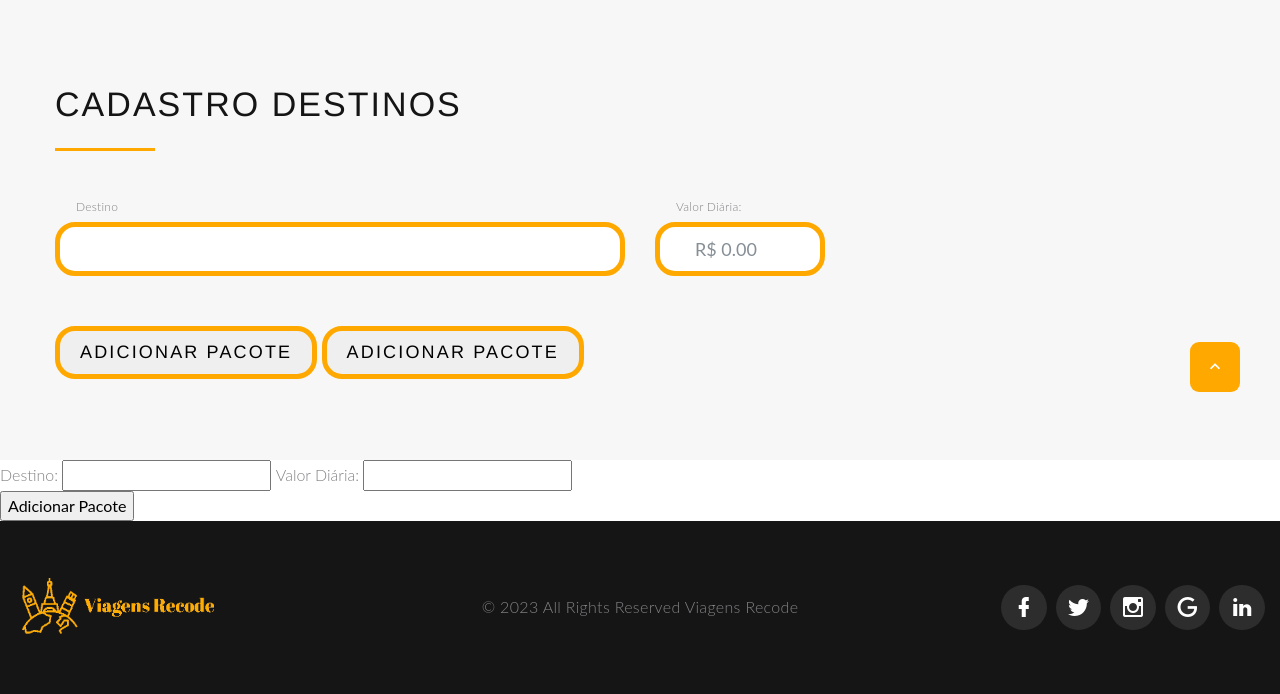
Repository: LiraS23/RecodePro2023-Modulo-4
Page: java/Modulo4/src/main/webapp/destinos.html
The author's editor kept a copy of each file at every save. The page is drawn from the files as they stood at one save, then again after the next save.
The browser window is 1280 px wide. The pictures show the part of the page from y = 388 to 1082 px (the page is 1082 px tall).
Some web fonts or font styles are not loaded; a fallback is used.

Above is the page before, as saved 2023-10-28 16:28:50.

### java/Modulo4/src/main/webapp/destinos.html
<!DOCTYPE html>
<html lang="pt-br">

<head>
	<meta charset="UTF-8">
	<meta name="viewport" content="width=device-width, initial-scale=1.0">
	<title>Destinos</title>
	<link rel="icon" href="assets/images/favicon.ico" type="image/x-icon">
	<!-- Stylesheets -->
	<link rel="stylesheet" type="text/css"
		href="assets/fonts.googleapis.com/css?family=Oswald:200,400%7CLato:300,400,300italic,700%7CMontserrat:900">
	<link rel="stylesheet" href="assets/css/bootstrap.css">
	<link rel="stylesheet" href="assets/css/style.css">
	<link rel="stylesheet" href="assets/css/fonts.css">
</head>

<body>
	<div class="page">
		<header class="section page-header breadcrumbs-custom-wrap bg-gradient bg-secondary-2 novi-background bg-cover">
			<!-- RD Navbar-->
			<div class="rd-navbar-wrap rd-navbar-default">
				<nav class="rd-navbar rd-navbar-expand-lg rd-navbar-light custom-navbar" style="z-index: 1000;"
					data-layout="rd-navbar-fixed" data-sm-layout="rd-navbar-fixed" data-md-layout="rd-navbar-fixed"
					data-md-device-layout="rd-navbar-fixed" data-lg-layout="rd-navbar-fullwidth"
					data-xl-layout="rd-navbar-static" data-lg-device-layout="rd-navbar-fixed"
					data-xl-device-layout="rd-navbar-static" data-md-stick-up-offset="2px" data-lg-stick-up-offset="2px"
					data-stick-up="true" data-sm-stick-up="true" data-md-stick-up="true" data-lg-stick-up="true"
					data-xl-stick-up="true">
					<div class="rd-navbar-inner">
						<!-- RD Navbar Panel-->
						<div class="rd-navbar-panel">
							<!-- RD Navbar Toggle-->
							<button class="rd-navbar-toggle"
								data-rd-navbar-toggle=".rd-navbar-nav-wrap"><span></span></button>
							<!-- RD Navbar Brand-->
							<div class="rd-navbar-brand"><a class="brand-name" href="index.html"><img
										class="logo-default" src="assets/images/logo-default-208x46.png" alt=""
										width="208" height="46" /><img class="logo-inverse"
										src="assets/images/logo-inverse-208x46.png" alt="" width="208"
										height="46" /></a></div>
						</div>
						<div class="rd-navbar-aside-right">
							<div class="rd-navbar-nav-wrap">
								<!-- RD Navbar Nav-->
								<ul class="rd-navbar-nav">
									<li><a href="index.html">Home</a>
									</li>
									<li class="active"><a href="destinos.html">Destinos</a>
									</li>
									<li><a href="promocoes.html">Promoções</a>
									</li>
									<li><a href="contato.html">Contato</a>
									</li>
									<li><a href="cliente.html">Cliente</a>
									</li>
								</ul>
							</div>
						</div>
						<div class="rd-navbar-aside-right"><a class="button button-sm button-secondary button-nina"
								href="pedidos.html">Reserve um passeio agora</a></div>
					</div>
				</nav>
			</div>
			<!-- Breadcrumbs-->
			<section class="breadcrumbs-custom"
				style="background: url(&quot;https://png.pngtree.com/thumb_back/fw800/back_pic/03/93/99/8257e7bbd63b3ff.jpg&quot;); background-size: cover;">
				<div class="container">
					<p class="breadcrumbs-custom-subtitle">Encontre seu proximo destino!</p>
					<p class="heading-1 breadcrumbs-custom-title">Destinos</p>
				</div>
			</section>
		</header>

		<!-- Cadastro destinos-->
		<section class="section section-wrap bg-gray-lighter novi-background bg-cover">
			<div class="section-wrap-inner">
				<div class="container container-bigger">
					<div class="row">
						<div class="col">
							<div class="section section-lg">
								<h3>Cadastro destinos</h3>
								<hr class="divider divider-left divider-secondary">
								<!-- RD Mailform-->
								<form class="rd-mailform" data-form-output="form-output-global"
									data-form-type="cadastro" method="post" action="/Modulo4/MeuPacoteServlet">
									<input type="hidden" name="action" value="adicionar">
									<div class="row row-fix row-20">
										<div class="col-md-6">
											<div class="form-wrap form-wrap-validation">
												<label class="form-label-outside" for="destino">Destino</label>
												<input class="form-control"
													style="border: 5px solid #FFA900; border-radius: 20px;" id="destino"
													type="text" name="destino" required>
											</div>
										</div>
										<div class="col-md-2">
											<div class "form-wrap form-wrap-validation">
												<label class="form-label-outside" for="valorDiaria">Valor
													Diária:</label>
												<input class="form-control"
													style="border: 5px solid #FFA900; border-radius: 20px;" type="text"
													name="valorDiaria" placeholder="R$ 0.00" required>
											</div>
										</div>
										<div class="col-sm-12 offset-custom-1">
											<div class="form-button">

												<input class="btn btn-secondary"
													style="border: 5px solid #FFA900; border-radius: 20px;" type="submit" value="Adicionar Pacote">

												<input class="btn btn-secondary"
													style="border: 5px solid #FFA900; border-radius: 20px;"
													type="submit" value="Adicionar Pacote"></input>
											</div>
										</div>
									</div>
								</form>
							</div>
						</div>
					</div>
				</div>
			</div>
		</section>

		<form action="/Modulo4/MeuPacoteServlet" method="post">
			<input type="hidden" name="action" value="adicionar">
			<label for="destino">Destino:</label>
			<input type="text" name="destino" required>
			<label for="valorDiaria">Valor Diária:</label>
			<input type="text" name="valorDiaria" required><br>
			<input type="submit" value="Adicionar Pacote">
		</form>

		<!-- Footer Minimal-->
		<footer class="section page-footer page-footer-minimal novi-background bg-cover text-center bg-gray-darker">
			<div class="container container-wide">
				<div class="row row-fix justify-content-sm-center align-items-md-center row-30">
					<div class="col-md-10 col-lg-7 col-xl-4 text-xl-left"><a href="index.html"><img class="inverse-logo"
								src="assets/images/logo-inverse-208x46.png" alt="" width="208" height="46" /></a></div>
					<div class="col-md-10 col-lg-7 col-xl-4">
						<p class="right">&#169;&nbsp;<span class="copyright-year"></span> All Rights Reserved Viagens
							Recode
						</p>
					</div>
					<div class="col-md-10 col-lg-7 col-xl-4 text-xl-right">
						<ul class="group-xs group-middle">
							<li><a class="icon novi-icon icon-md-middle icon-circle icon-secondary-5-filled mdi mdi-facebook"
									href="#"></a></li>
							<li><a class="icon novi-icon icon-md-middle icon-circle icon-secondary-5-filled mdi mdi-twitter"
									href="#"></a></li>
							<li><a class="icon novi-icon icon-md-middle icon-circle icon-secondary-5-filled mdi mdi-instagram"
									href="#"></a></li>
							<li><a class="icon novi-icon icon-md-middle icon-circle icon-secondary-5-filled mdi mdi-google"
									href="#"></a></li>
							<li><a class="icon novi-icon icon-md-middle icon-circle icon-secondary-5-filled mdi mdi-linkedin"
									href="#"></a></li>
						</ul>
					</div>
				</div>
			</div>
		</footer>
	</div>

	<!-- Global Mailform Output-->
	<div class="snackbars" id="form-output-global"> </div>
	<!-- Javascript-->
	<script src="assets/js/core.min.js"></script>
	<script src="assets/js/script.js"></script>

</body>

</html>

Loaded but not shown: java/Modulo4/src/main/webapp/assets/css/bootstrap.css (library); java/Modulo4/src/main/webapp/assets/css/style.css (library); java/Modulo4/src/main/webapp/assets/css/fonts.css (library); java/Modulo4/src/main/webapp/assets/js/core.min.js (library); java/Modulo4/src/main/webapp/assets/js/script.js (1496 lines, source omitted)

After the next save:
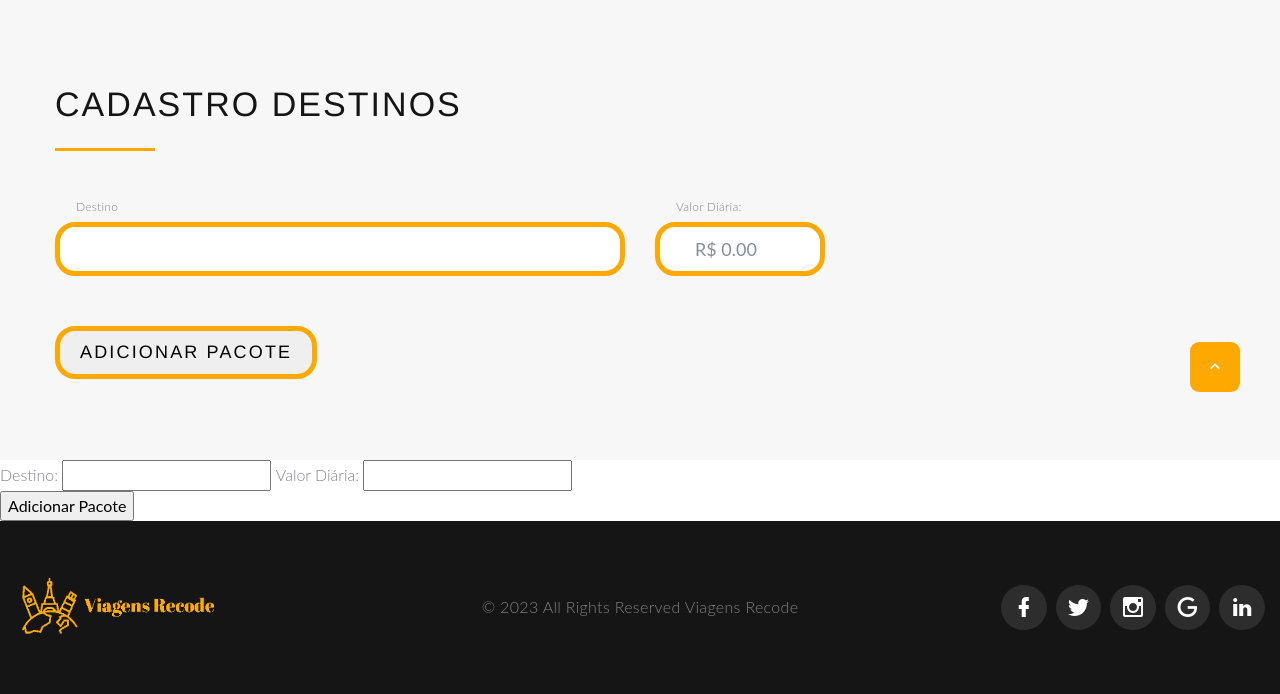
Saved 11 s later.
--- a/java/Modulo4/src/main/webapp/destinos.html
+++ b/java/Modulo4/src/main/webapp/destinos.html
@@ -106,11 +106,8 @@
 											<div class="form-button">
 
 												<input class="btn btn-secondary"
-													style="border: 5px solid #FFA900; border-radius: 20px;" type="submit" value="Adicionar Pacote">
-
-												<input class="btn btn-secondary"
 													style="border: 5px solid #FFA900; border-radius: 20px;"
-													type="submit" value="Adicionar Pacote"></input>
+													type="submit" value="Adicionar Pacote">
 											</div>
 										</div>
 									</div>
